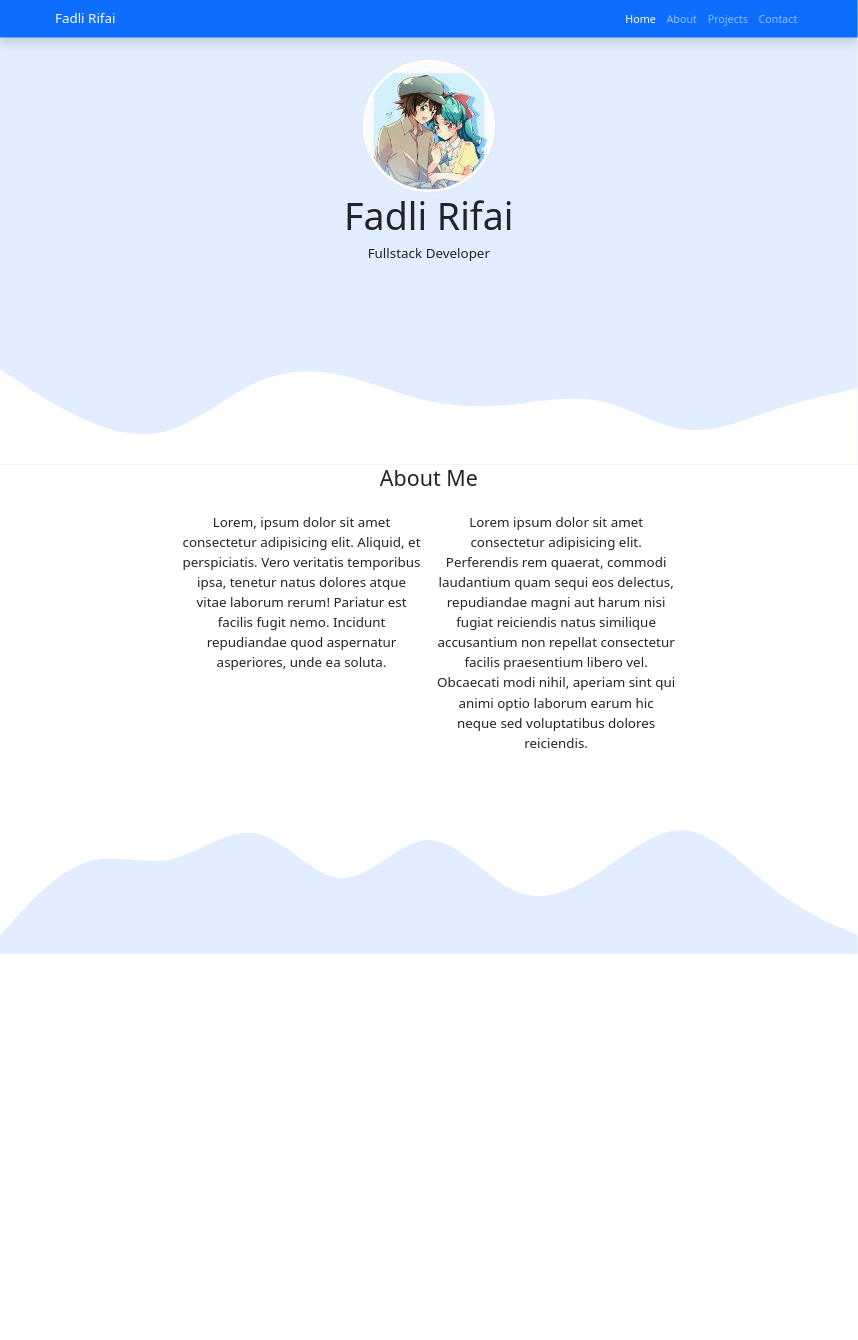
Repository: fadlyyy/fadli-dev.github.io
Page: index.html
The author's editor kept a copy of each file at every save. The page is drawn from the files as they stood at one save, then again after the next save.
The browser window is 1280 px wide. The pictures show the whole page, at 67% of full size.

Above is the page before, as saved 2024-01-19 11:09:27.

### index.html
<!DOCTYPE html>
<html lang="en">
  <head>
    <meta charset="utf-8" />
    <meta name="viewport" content="width=device-width, initial-scale=1" />
    <title>Bootstrap demo</title>
    <link href="https://cdn.jsdelivr.net/npm/bootstrap@5.2.3/dist/css/bootstrap.min.css" rel="stylesheet" integrity="sha384-rbsA2VBKQhggwzxH7pPCaAqO46MgnOM80zW1RWuH61DGLwZJEdK2Kadq2F9CUG65" crossorigin="anonymous" />
    <link rel="stylesheet" href="style.css" />
  </head>
  <body>
    <!-- Navbar -->
    <nav class="navbar navbar-expand-lg navbar-dark bg-primary shadow">
      <div class="container">
        <a class="navbar-brand" href="#">Fadli Rifai</a>
        <button class="navbar-toggler" type="button" data-bs-toggle="collapse" data-bs-target="#navbarNav" aria-controls="navbarNav" aria-expanded="false" aria-label="Toggle navigation">
          <span class="navbar-toggler-icon"></span>
        </button>
        <div class="collapse navbar-collapse" id="navbarNav">
          <ul class="navbar-nav ms-auto">
            <li class="nav-item">
              <a class="nav-link active" aria-current="page" href="#">Home</a>
            </li>
            <li class="nav-item">
              <a class="nav-link" href="#">About</a>
            </li>
            <li class="nav-item">
              <a class="nav-link" href="#">Projects</a>
            </li>
            <li class="nav-item">
              <a class="nav-link" href="#">Contact</a>
            </li>
          </ul>
        </div>
      </div>
    </nav>
    <!-- Navbar End -->

    <!-- Jumbotron -->
    <section class="jumbotron text-center">
      <img class="rounded-circle img-thumbnail" src="img/images.jpeg" alt="" width="200" />
      <h1 class="display-4">Fadli Rifai</h1>
      <p class="lead">Fullstack Developer</p>
      <svg xmlns="http://www.w3.org/2000/svg" viewBox="0 0 1440 320">
        <path
          fill="#ffffff"
          fill-opacity="1"
          d="M0,160L24,176C48,192,96,224,144,245.3C192,267,240,277,288,261.3C336,245,384,203,432,181.3C480,160,528,160,576,170.7C624,181,672,203,720,213.3C768,224,816,224,864,218.7C912,213,960,203,1008,213.3C1056,224,1104,256,1152,261.3C1200,267,1248,245,1296,229.3C1344,213,1392,203,1416,197.3L1440,192L1440,320L1416,320C1392,320,1344,320,1296,320C1248,320,1200,320,1152,320C1104,320,1056,320,1008,320C960,320,912,320,864,320C816,320,768,320,720,320C672,320,624,320,576,320C528,320,480,320,432,320C384,320,336,320,288,320C240,320,192,320,144,320C96,320,48,320,24,320L0,320Z"
        ></path>
      </svg>
    </section>
    <!-- Jumbotron End -->

    <!-- About -->
    <section id="about">
      <div class="container">
        <div class="row text-center mb-4">
          <div class="col">
            <h2>About Me</h2>
          </div>
        </div>
        <div class="row justify-content-center fs-5 text-center">
          <div class="col-4">
            <p class="">
              Lorem, ipsum dolor sit amet consectetur adipisicing elit. Aliquid, et perspiciatis. Vero veritatis temporibus ipsa, tenetur natus dolores atque vitae laborum rerum! Pariatur est facilis fugit nemo. Incidunt repudiandae quod
              aspernatur asperiores, unde ea soluta.
            </p>
          </div>
          <div class="col-4">
            <p>
              Lorem ipsum dolor sit amet consectetur adipisicing elit. Perferendis rem quaerat, commodi laudantium quam sequi eos delectus, repudiandae magni aut harum nisi fugiat reiciendis natus similique accusantium non repellat
              consectetur facilis praesentium libero vel. Obcaecati modi nihil, aperiam sint qui animi optio laborum earum hic neque sed voluptatibus dolores reiciendis.
            </p>
          </div>
        </div>
      </div>
      <svg xmlns="http://www.w3.org/2000/svg" viewBox="0 0 1440 320">
        <path
          fill="#e2edff"
          fill-opacity="1"
          d="M0,288L24,261.3C48,235,96,181,144,165.3C192,149,240,171,288,160C336,149,384,107,432,117.3C480,128,528,192,576,192C624,192,672,128,720,128C768,128,816,192,864,213.3C912,235,960,213,1008,181.3C1056,149,1104,107,1152,112C1200,117,1248,171,1296,208C1344,245,1392,267,1416,277.3L1440,288L1440,320L1416,320C1392,320,1344,320,1296,320C1248,320,1200,320,1152,320C1104,320,1056,320,1008,320C960,320,912,320,864,320C816,320,768,320,720,320C672,320,624,320,576,320C528,320,480,320,432,320C384,320,336,320,288,320C240,320,192,320,144,320C96,320,48,320,24,320L0,320Z"
        ></path>
      </svg>
    </section>
    <!-- About End -->

    <!-- Section Projects -->
    <section id="projects">
      <div class="container">
        <div class="row"></div>
      </div>
    </section>
    <!-- End Section Projects -->

    <script src="https://cdn.jsdelivr.net/npm/bootstrap@5.2.3/dist/js/bootstrap.bundle.min.js" integrity="sha384-kenU1KFdBIe4zVF0s0G1M5b4hcpxyD9F7jL+jjXkk+Q2h455rYXK/7HAuoJl+0I4" crossorigin="anonymous"></script>
  </body>
</html>

### style.css
body {
  min-height: 2000px;
}

.jumbotron {
  padding-top: 2rem;
  background-color: #e2edff;
}

After the next save:
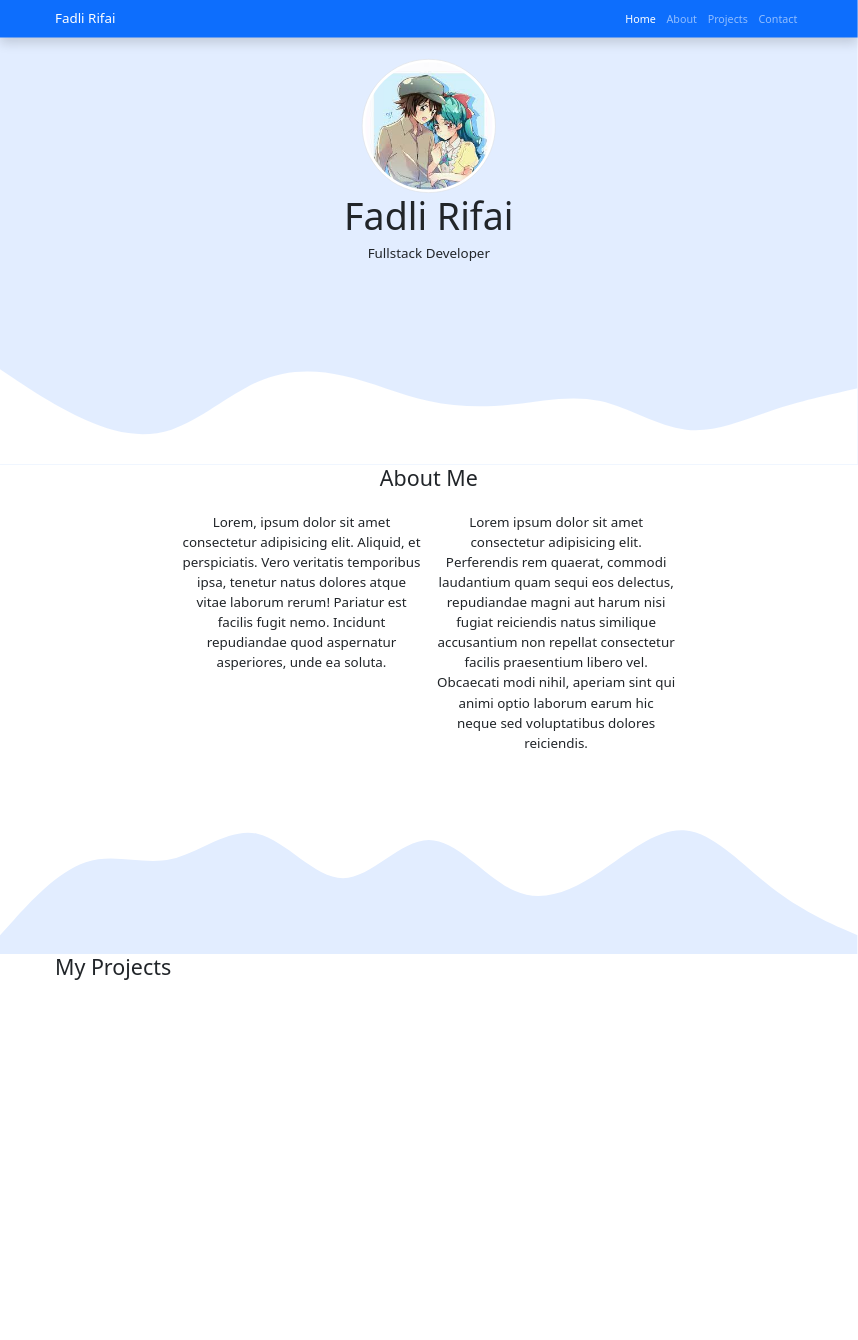
Saved 51 s later.
--- a/index.html
+++ b/index.html
@@ -86,7 +86,11 @@
     <!-- Section Projects -->
     <section id="projects">
       <div class="container">
-        <div class="row"></div>
+        <div class="row">
+          <div class="col">
+            <h2>My Projects</h2>
+          </div>
+        </div>
       </div>
     </section>
     <!-- End Section Projects -->
